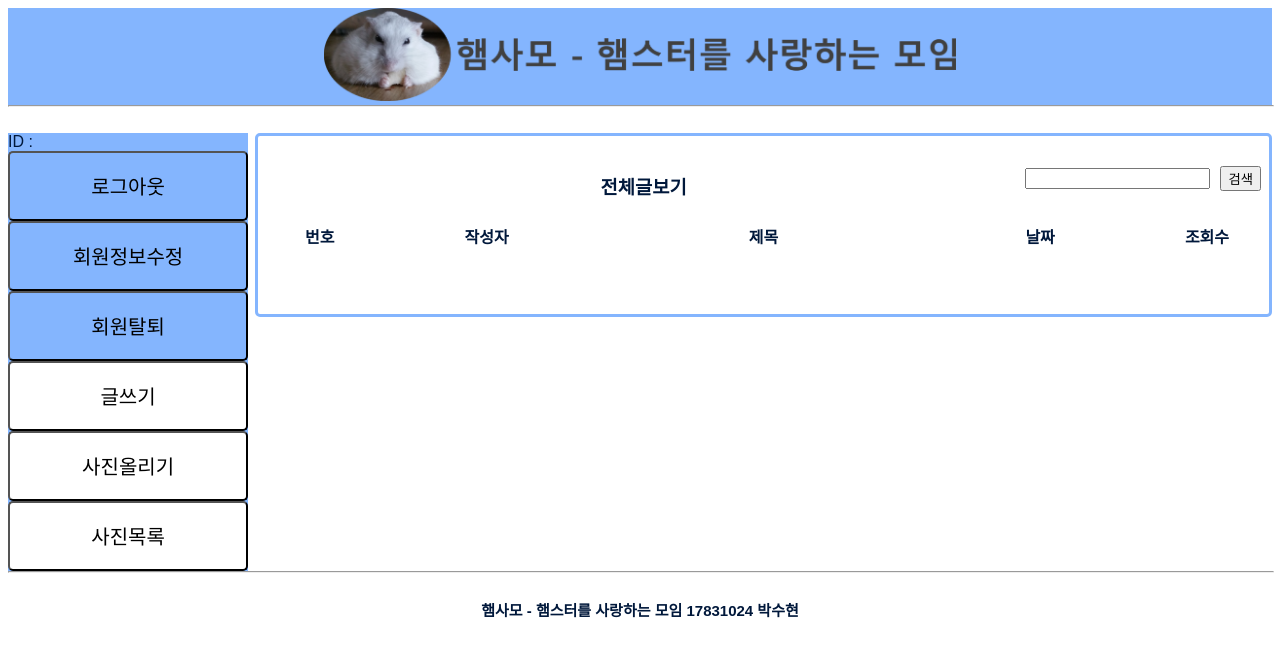
Repository: hyun5292/school
Page: http://localhost/HamSaMo/WEB-INF/views/list.jsp
An editor plug-in stored every save of this project. The page is shown before and after the next save, followed by the edit.
The browser window is 1280 px wide. The pictures show the whole page.
The page is served by Tomcat 9. Nobody is signed in. The template is opened directly, without the code that normally fills it, so the values that code supplies are empty.

Above is the page before, as saved 2019-12-10 12:07:04.

After the next save:
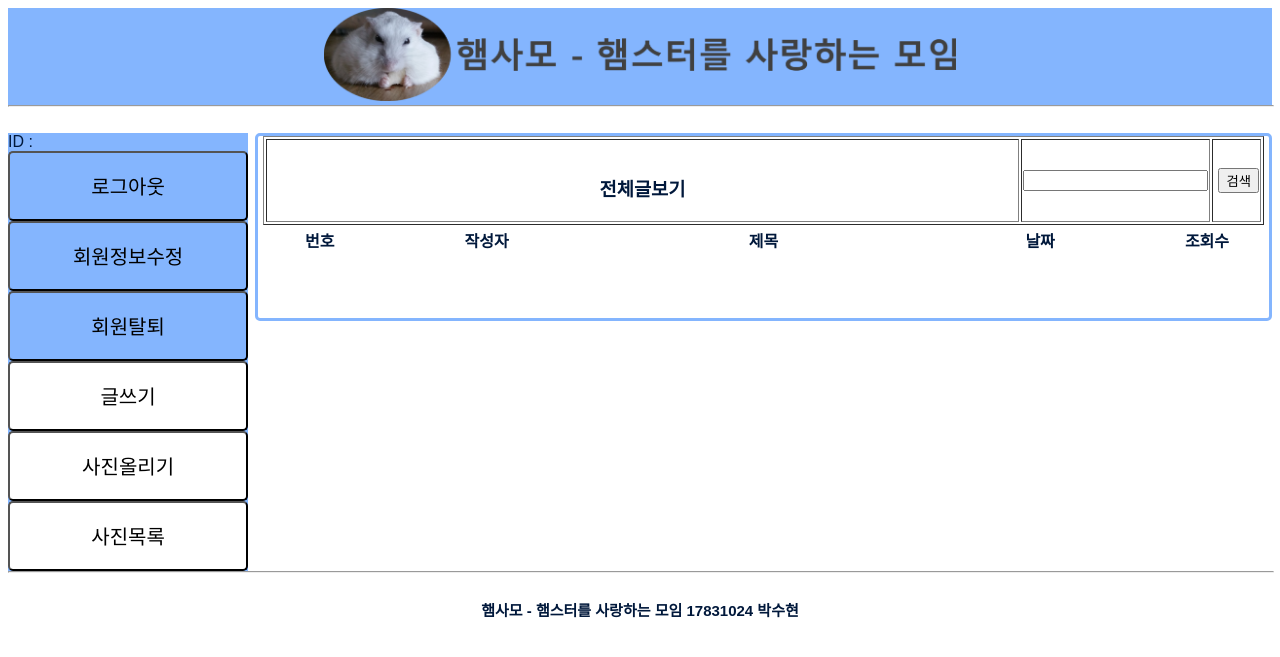
Saved 55 s later.
--- a/spring/HamSaMo/HamSaMo/src/main/webapp/WEB-INF/views/list.jsp
+++ b/spring/HamSaMo/HamSaMo/src/main/webapp/WEB-INF/views/list.jsp
@@ -100,7 +100,7 @@
 				</form>
 			</div>
 			<div id="content" align="center">
-				<table width="99%" align="center">
+				<table width="99%" align="center" border="1">
 					<colgroup>
 						<col style="width: 90%;" />
 						<col style="width: 5%;" />
